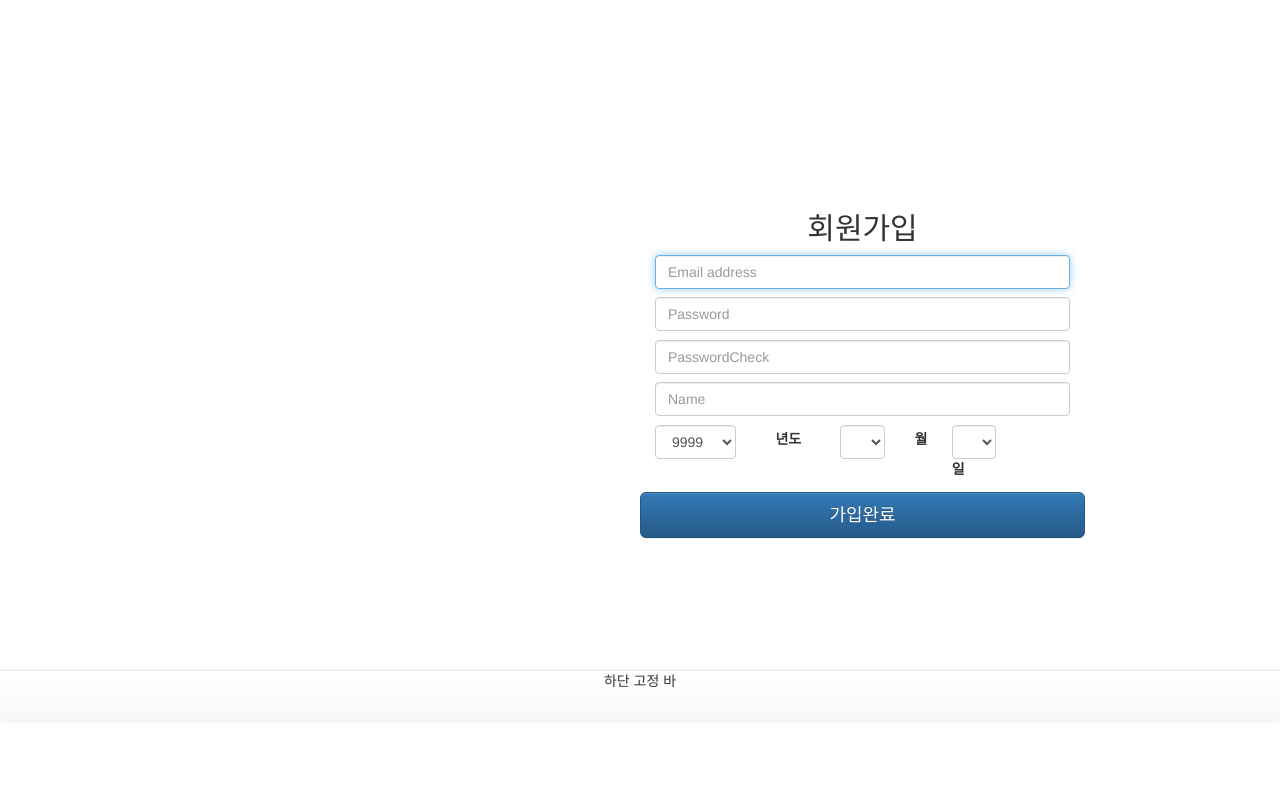
Repository: hrhwbp/Acorn-Final-Project
Page: http://localhost/final_project/index.jsp
An editor plug-in stored every save of this project. The page is shown before and after the next save, followed by the edit.
The browser window is 1280 px wide. The pictures show the whole page.
Some web libraries are served in a nearby version. The page is served by Tomcat 9. Nobody is signed in. The application's start-up code is not run.

Above is the page before, as saved 2016-10-26 07:05:08.

After the next save:
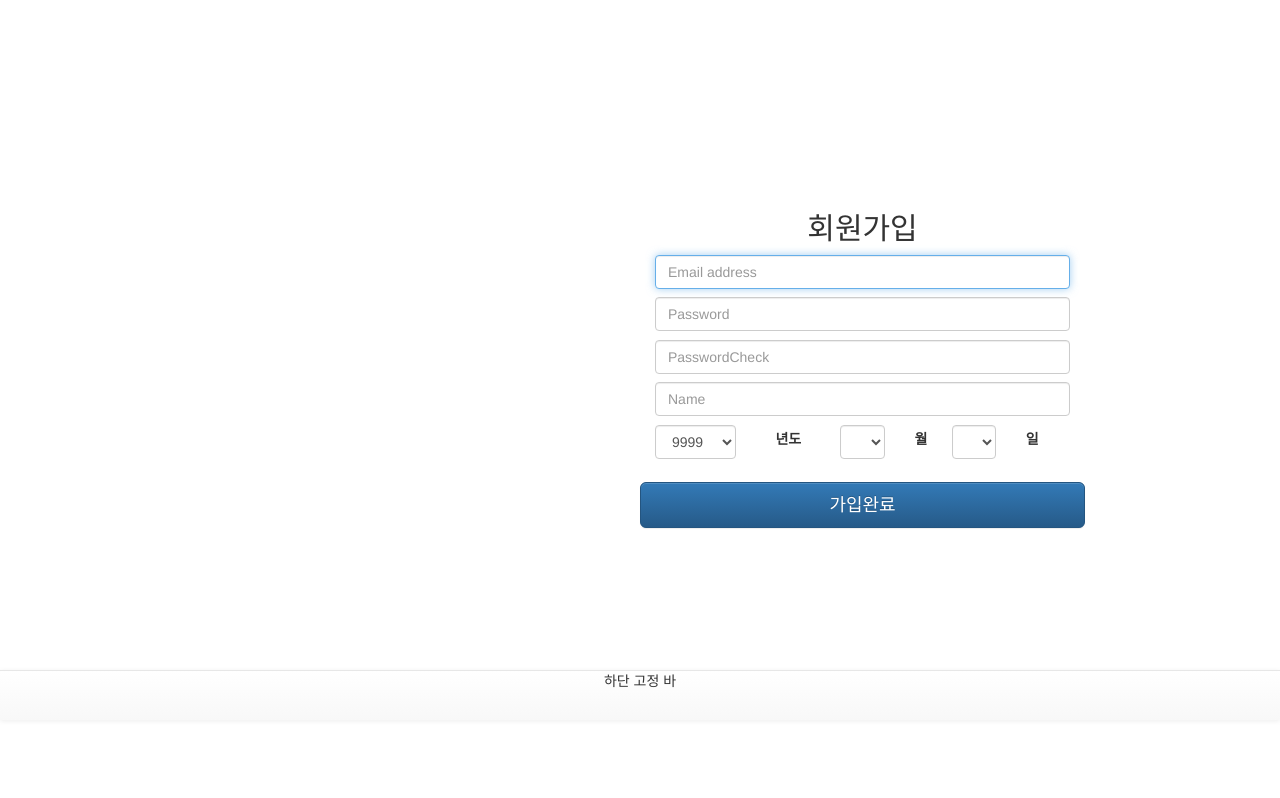
Saved 100 s later.
--- a/final_project/src/main/webapp/index.jsp
+++ b/final_project/src/main/webapp/index.jsp
@@ -80,7 +80,7 @@
 							type="text" class="form-control" id="inputName"
 							placeholder="Name" required>
 					</div>
-					<div class="row">
+					<div class="row form-group">
 					<div class="col-md-3 top_pd">
 						<select class="form-control">
 							<option>9999</option>
@@ -113,9 +113,9 @@
 							<option>4</option>
 							<option>10</option>
 						</select>
-						<label class="">일</label>
 					</div>
 					<div class="col-md-1 lbl_pd text-center">
+						<label class="">일</label>
 					</div>
 					</div>
 					<div class="row top_pd">
